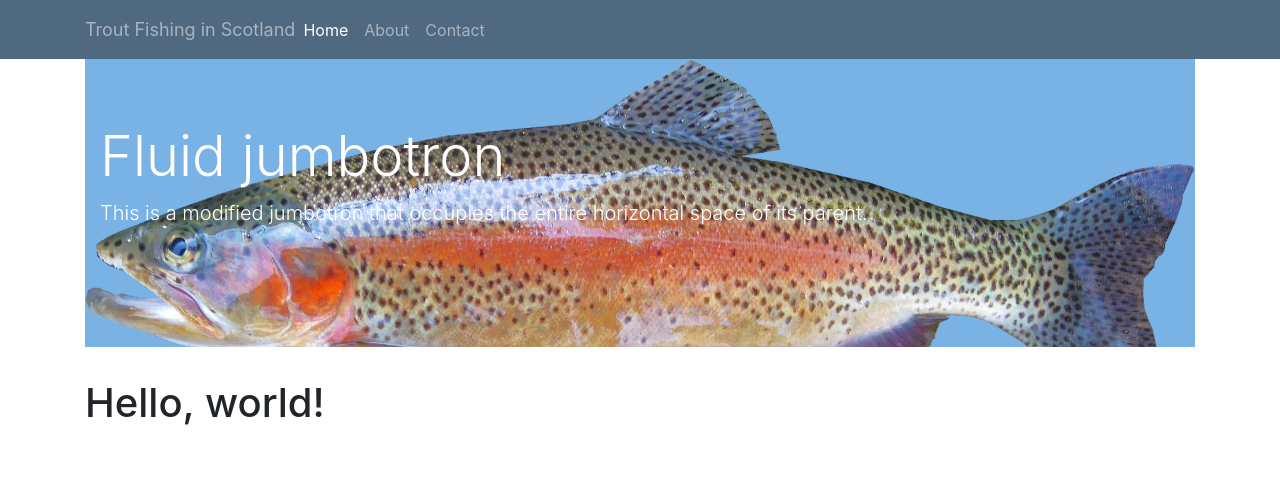
Repository: adrian9211/College_project
Page: index.html
These files come from the project's save history. The page is drawn as it stood at one moment and after the next save; the edit follows.
The browser window is 1280 px wide. The pictures show the whole page.

Above is the page before, as saved 2020-10-28 13:58:23.

### index.html
<!doctype html>
<html lang="en">
  <head>
    <!-- Required meta tags -->
    <meta charset="utf-8">
    <meta name="viewport" content="width=device-width, initial-scale=1, shrink-to-fit=no">

    <!-- Bootstrap CSS -->
    <link rel="stylesheet" href="https://cdn.jsdelivr.net/npm/bootstrap@4.5.3/dist/css/bootstrap.min.css" integrity="sha384-TX8t27EcRE3e/ihU7zmQxVncDAy5uIKz4rEkgIXeMed4M0jlfIDPvg6uqKI2xXr2" crossorigin="anonymous">
    <link rel="stylesheet" href="css/style.css">

    <title>Trout fishing in Scotland</title>
  </head>
  <body>
      <!-- Navigation  bar start -->
    <nav class="navbar navbar-expand-md navbar-dark sticky-top" role="navigation" id="navbar2" style="background-color: #4F6980;">
        <div class="container">
          <a href="index.html"><span class="navbar-text">Trout Fishing in Scotland</span></a>
          <button class="navbar-toggler" data-toggle="collapse" data-target="#collapse_target">
            <span class="navbar-toggler-icon"></span>
          </button>
          <div class="collapse navbar-collapse" id="collapse_target">
          <ul class="navbar-nav " >
            <li class="nav-item active">
              <a class="nav-link " href="index.html">Home </a>
            </li>
            <li class="nav-item ">
              <a class="nav-link " href="about.html">About</a>
            </li>
            <li class="nav-item ">
              <a class="nav-link " href="contact.html">Contact</a>
            </li>
          </ul>
        </div>
        </div>
      </nav>
      <!-- Navigation  bar end -->
      <div class="container">
        <div class="jumbotron jumbotron-fluid">
            <div class="container alt">
              <h1 class="display-4">Fluid jumbotron</h1>
              <p class="lead">This is a modified jumbotron that occupies the entire horizontal space of its parent.</p>
            </div>
        </div>
          <main>

          </main>
        <h1>Hello, world!</h1>

        </div>
    <!-- Scripts for bootstrap -->
    <script src="https://code.jquery.com/jquery-3.5.1.slim.min.js" integrity="sha384-DfXdz2htPH0lsSSs5nCTpuj/zy4C+OGpamoFVy38MVBnE+IbbVYUew+OrCXaRkfj" crossorigin="anonymous"></script>
    <script src="https://cdn.jsdelivr.net/npm/bootstrap@4.5.3/dist/js/bootstrap.bundle.min.js" integrity="sha384-ho+j7jyWK8fNQe+A12Hb8AhRq26LrZ/JpcUGGOn+Y7RsweNrtN/tE3MoK7ZeZDyx" crossorigin="anonymous"></script>
  </body>
</html>

### css/style.css
.jumbotron {
    background-image: url("../img/trout.png");
    background-color: #79b3e6;
    background-size: cover;
    height: 40vh;
}

.alt h1, p {
    color: #fff;
}

.navbar-text {
    font-size: large;
}

After the next save:
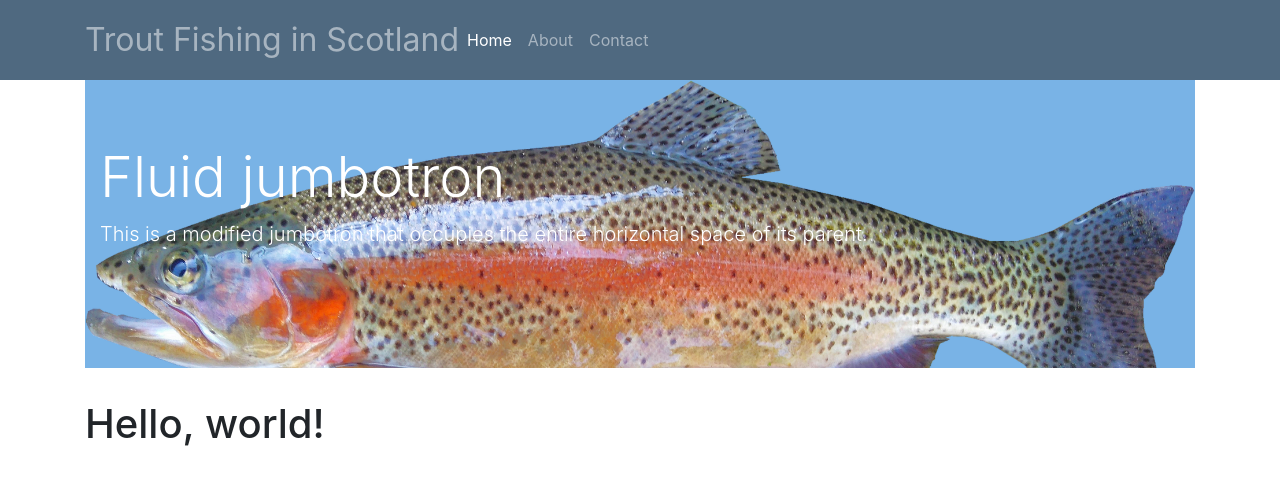
Saved 5 s later.
--- a/css/style.css
+++ b/css/style.css
@@ -10,5 +10,5 @@
 }
 
 .navbar-text {
-    font-size: large;
+    font-size: 2rem;
 }
